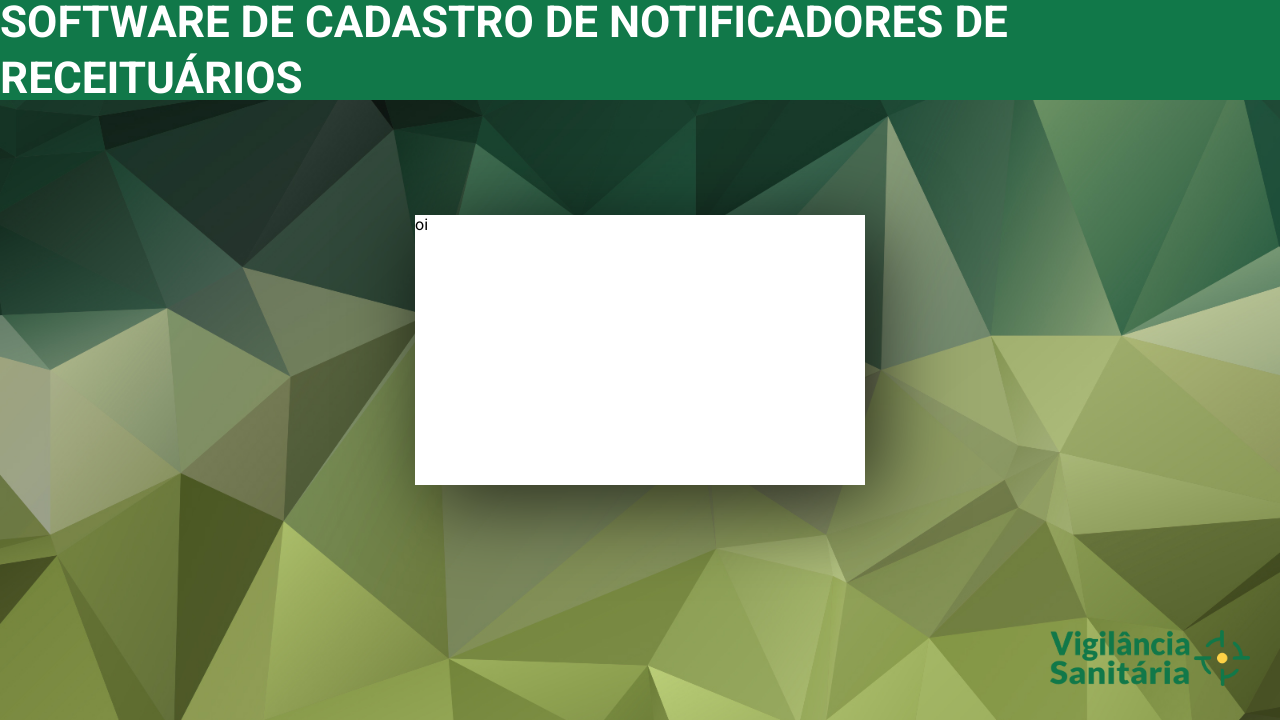
Repository: milena-rosa/web-prescription-notifier
Page: /
The author's editor kept a copy of each file at every save. The page is drawn from the files as they stood at one save, then again after the next save.
The browser window is 1280 px wide. The pictures show the whole page.
The project was rebuilt for these pictures with package versions that can differ from the ones it lists, and the page was loaded fresh each time. Also part of the build but not shown: src/pages/Home/styles.ts, src/pages/Home/index.tsx.

Above is the page before, as saved 2021-11-06 23:05:56.

After the next save:
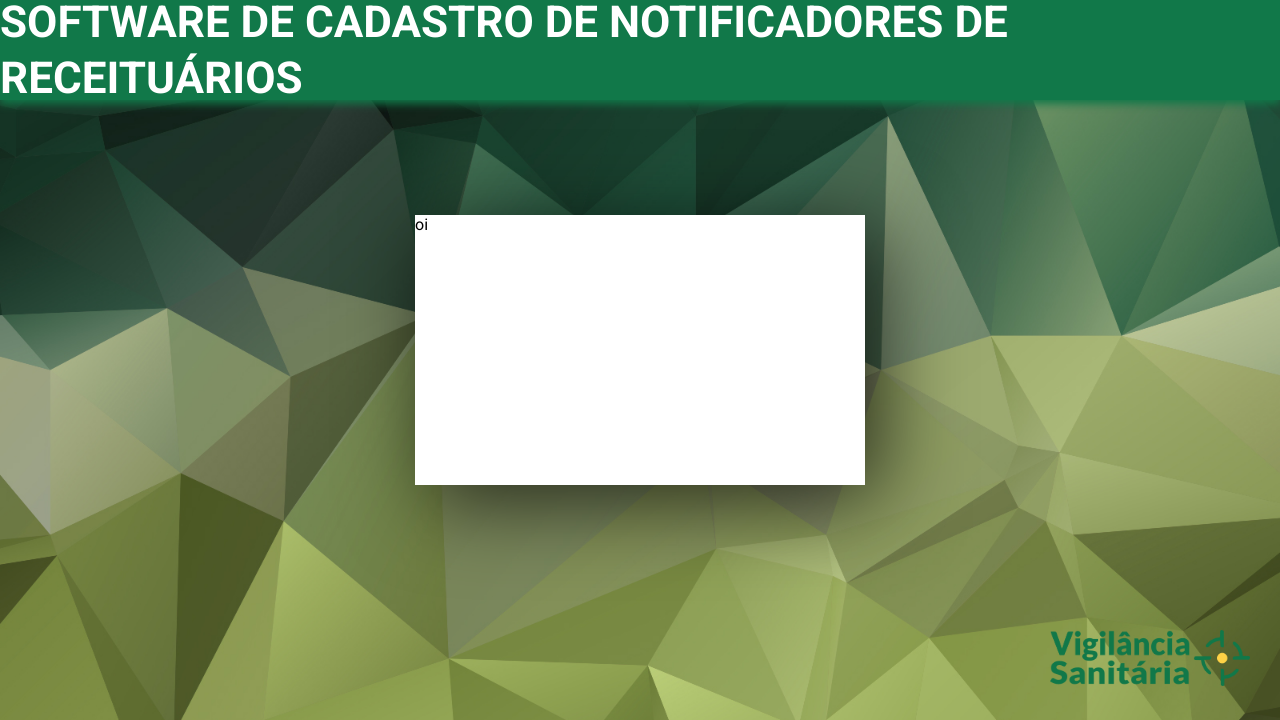
Saved 66 s later.
--- a/src/pages/SignIn/styles.ts
+++ b/src/pages/SignIn/styles.ts
@@ -20,6 +20,7 @@
     background: var(--green-primary);
     color: var(--white);
     display: flex;
+    filter: drop-shadow(0px 4px 4px var(--green-primary));
     font-weight: bold;
     font-size: 2.75rem;
     height: 6.25rem;
